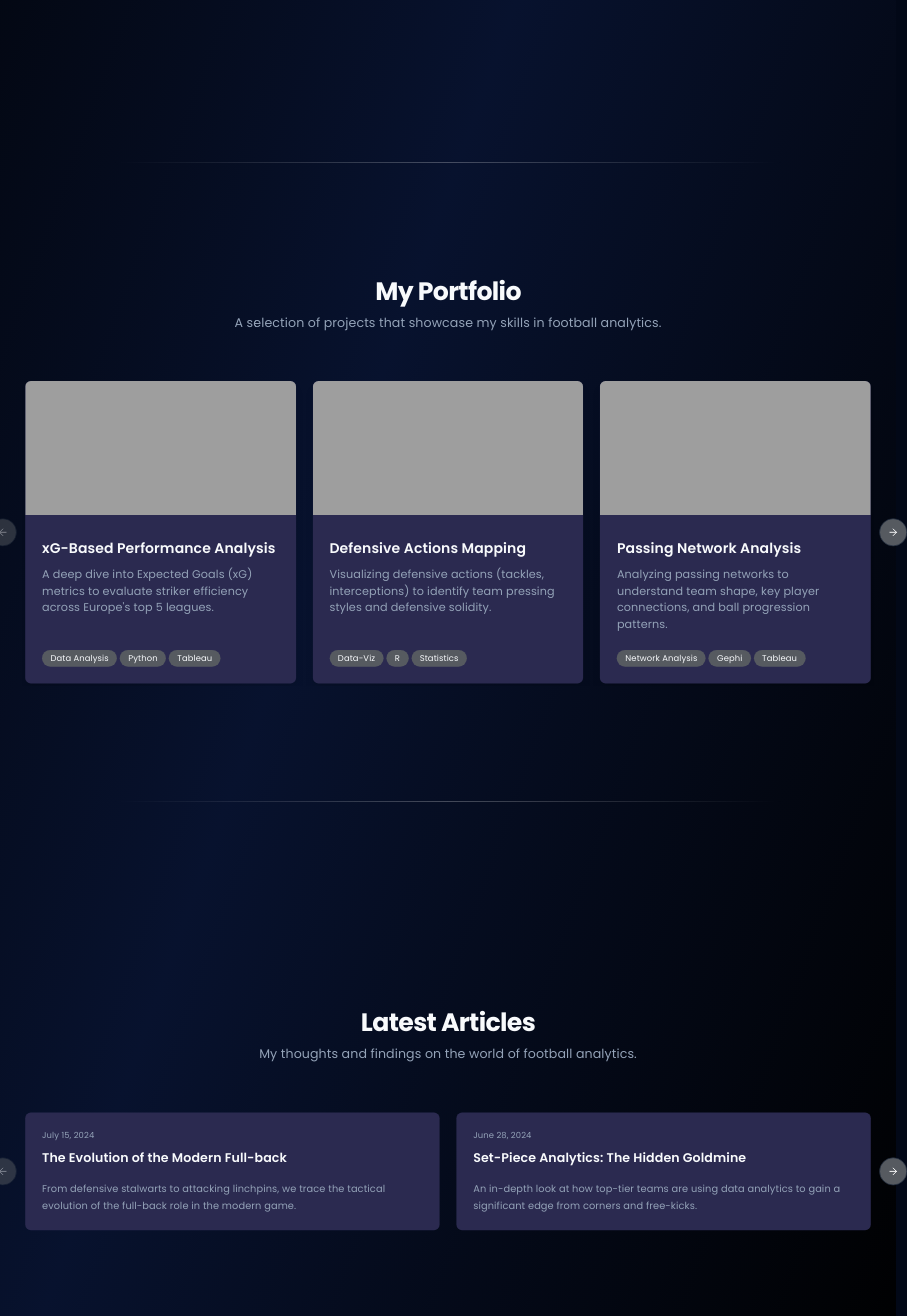
Repository: patrick-cw/my-portfolio
Page: /
The author's editor kept a copy of each file at every save. The page is drawn from the files as they stood at one save, then again after the next save.
The browser window is 1280 px wide. The page is 1296 px wide, so the pictures cover 1296 px, including what lies to the right of the window. The pictures show the part of the page from y = 1498 to 3378 px (the page is 3545 px tall), at 70% of full size.
Pictures or frames that could not be fetched are drawn as grey boxes. The project was rebuilt for these pictures with package versions that can differ from the ones it lists, and the page was loaded fresh each time. The framework's server and built-in components were replaced by stand-ins that run in the browser. Also part of the build but not shown: next.config.ts.

Above is the page before, as saved 2025-08-31 03:34:59.

### src/app/layout.tsx
import type {Metadata} from 'next';
import './globals.css';
import { Toaster } from "@/components/ui/toaster";
import { cn } from '@/lib/utils';
import Particles from '@/components/particles';
import Header from '@/components/header';
import Footer from '@/components/footer';
import ThemeRegistry from '@/components/ThemeRegistry';

export const metadata: Metadata = {
  title: "Patrick's Portfolio",
  description: 'A portfolio showcasing football analytics projects, articles, and more.',
};

export default function RootLayout({
  children,
}: Readonly<{
  children: React.ReactNode;
}>) {
  return (
    <html lang="en" className="dark" style={{scrollBehavior: 'smooth'}}>
      <head>
        <link rel="preconnect" href="https://fonts.googleapis.com" />
        <link rel="preconnect" href="https://fonts.gstatic.com" crossOrigin="anonymous" />
        <link href="https://fonts.googleapis.com/css2?family=Poppins:wght@400;600;700&display=swap" rel="stylesheet" />
      </head>
      <body className={cn("min-h-screen font-body antialiased bg-background")}>
        <ThemeRegistry>
          <div className="relative z-0 flex min-h-screen flex-col bg-gradient-to-br from-black via-blue-900/20 to-black">
            <Particles />
            <Header />
            <main className="flex-1">{children}</main>
            <Footer />
          </div>
          <Toaster />
        </ThemeRegistry>
      </body>
    </html>
  );
}

### src/app/page.tsx
import { Button } from "@/components/ui/button";
import { User, LineChart, Newspaper, ArrowDown } from "lucide-react";
import LinkedInIcon from '@mui/icons-material/LinkedIn';
import XIcon from '@mui/icons-material/X';
import GitHubIcon from '@mui/icons-material/GitHub';
import Image from "next/image";
import Link from "next/link";
import { Carousel, CarouselContent, CarouselItem, CarouselNext, CarouselPrevious } from "@/components/ui/carousel";

function FadingSeparator() {
  return (
    <div className="relative my-24 h-px w-full bg-transparent">
      <div className="absolute left-1/2 top-0 h-px w-3/4 -translate-x-1/2 bg-gradient-to-r from-transparent via-white opacity-25 to-transparent" />
    </div>
  )
}

// About Section Component
function AboutSection() {
  return (
    <section id="about" className="relative min-h-screen flex flex-col justify-center">
      <div className="container">
      <div className="grid grid-cols-1 items-center gap-y-16 lg:grid-cols-2 lg:gap-x-2">
          <div className="lg:col-span-7">
            <div className="max-w-xl">
              <h2 className="text-3xl font-bold tracking-tight text-foreground sm:text-4xl font-headline">About Me</h2>
              <p style={{color: "hsl(215deg 26.4% 84.39%)"}} className="mt-4 text-lg text-muted-foreground text-justify">
                I am Patrick Cipta Winata, a Data Engineer and Analyst with experience in building scalable data pipelines, developing Python solutions, and creating interactive data visualizations. I have worked on projects ranging from football analytics to cloud-based data engineering, with professional experience at Samsung Research Indonesia and freelance collaborations in data-driven problem solving.
              </p>
              <p style={{color: "hsl(215deg 26.4% 84.39%)"}} className="mt-4 text-lg text-muted-foreground text-justify">
                Beyond my professional and academic work, I am also passionate about crypto trading and machine learning, continuously exploring how data and AI can drive insights in both financial markets and sports analytics.
              </p>
            </div>
          </div>
          <div className="flex justify-center lg:col-span-5 lg:col-start-8">
            <Image
              src="/images/face.JPG"
              alt="Patrick Cipta Winata"
              width={350}
              height={350}
              className="rounded-full object-cover shadow-lg transition-all duration-300 hover:scale-105 hover:shadow-primary/20"
              data-ai-hint="portrait man"
            />
          </div>
        </div>
      </div>
    </section>
  );
}

// Portfolio Section Component
function PortfolioSection() {
  const projects = [
    {
      title: "xG-Based Performance Analysis",
      description: "A deep dive into Expected Goals (xG) metrics to evaluate striker efficiency across Europe's top 5 leagues.",
      image: "https://picsum.photos/600/400?random=1",
      tags: ["Data Analysis", "Python", "Tableau"],
      link: "/portfolio/xg-based-performance-analysis",
      imageHint: "soccer chart"
    },
    {
      title: "Defensive Actions Mapping",
      description: "Visualizing defensive actions (tackles, interceptions) to identify team pressing styles and defensive solidity.",
      image: "https://picsum.photos/600/400?random=2",
      tags: ["Data-Viz", "R", "Statistics"],
      link: "/portfolio/defensive-actions-mapping",
      imageHint: "soccer field"
    },
    {
      title: "Passing Network Analysis",
      description: "Analyzing passing networks to understand team shape, key player connections, and ball progression patterns.",
      image: "https://picsum.photos/600/400?random=3",
      tags: ["Network Analysis", "Gephi", "Tableau"],
      link: "/portfolio/passing-network-analysis",
      imageHint: "soccer tactics"
    },
    {
      title: "Player Recruitment Model",
      description: "A data-driven model to identify undervalued players based on performance metrics and market values.",
      image: "https://picsum.photos/600/400?random=4",
      tags: ["Machine Learning", "Python", "Scouting"],
      link: "/portfolio/player-recruitment-model",
      imageHint: "soccer player celebrating"
    },
    {
      title: "Interactive Shot Map Dashboard",
      description: "A web-based dashboard allowing users to explore shot data from various competitions interactively.",
      image: "https://picsum.photos/600/400?random=5",
      tags: ["Web Dev", "React", "D3.js"],
      link: "/portfolio/interactive-shot-map-dashboard",
      imageHint: "soccer dashboard"
    },
    {
      title: "Tactical Formations Analysis",
      description: "A comprehensive study of the 4-3-3 vs 4-4-2 formations, showcasing strengths and weaknesses with data visualization.",
      image: "https://picsum.photos/600/400?random=6",
      tags: ["Tactics", "Data-Viz", "Analysis"],
      link: "/portfolio/tactical-formations-analysis",
      imageHint: "soccer strategy board"
    }
  ];

  return (
    <section id="portfolio" className="relative min-h-screen flex flex-col justify-center">
        <div className="container">
          <div className="mx-auto max-w-3xl text-center">
            <h2 className="text-3xl font-bold tracking-tight text-foreground sm:text-4xl font-headline">My Portfolio</h2>
            <p className="mt-2 text-lg leading-8 text-muted-foreground">
              A selection of projects that showcase my skills in football analytics.
            </p>
          </div>
          <div className="mt-16">
            <Carousel
              opts={{
                align: "start",
                loop: false,
              }}
              className="w-full"
            >
              <CarouselContent>
                {projects.map((project) => (
                  <CarouselItem key={project.title} className="md:basis-1/2 lg:basis-1/3">
                    <div className="p-1 h-full">
                       <div className="group flex flex-col h-full overflow-hidden rounded-lg bg-card-highlight shadow-lg transition-all duration-300 hover:shadow-primary/20 hover:-translate-y-2 hover:bg-accent">
                          <Link href={project.link} className="block shrink-0">
                            <Image
                              className="h-48 w-full object-cover"
                              src={project.image}
                              alt={project.title}
                              width={600}
                              height={400}
                              data-ai-hint={project.imageHint}
                            />
                          </Link>
                          <div className="flex flex-1 flex-col justify-between p-6">
                            <div className="flex-1">
                              <Link href={project.link} className="mt-2 block">
                                <p className="text-xl font-semibold text-foreground group-hover:text-primary transition-colors font-headline">{project.title}</p>
                                <p className="mt-3 text-base text-muted-foreground">{project.description}</p>
                              </Link>
                            </div>
                            <div className="mt-6 flex items-center">
                              <div className="flex space-x-1 text-sm text-muted-foreground">
                                {project.tags.map((tag) => (
                                  <span key={tag} className="inline-flex items-center rounded-full bg-secondary px-3 py-1 text-xs font-medium text-accent-foreground">
                                    {tag}
                                  </span>
                                ))}
                              </div>
                            </div>
                          </div>
                        </div>
                    </div>
                  </CarouselItem>
                ))}
              </CarouselContent>
              <CarouselPrevious className="-left-12 h-10 w-10 bg-secondary hover:bg-primary" />
              <CarouselNext className="-right-12 h-10 w-10 bg-secondary hover:bg-primary" />
            </Carousel>
          </div>
        </div>
    </section>
  );
}
// Articles Section Component
function ArticlesSection() {
  const articles = [
      {
        title: "The Evolution of the Modern Full-back",
        date: "July 15, 2024",
        excerpt: "From defensive stalwarts to attacking linchpins, we trace the tactical evolution of the full-back role in the modern game.",
        link: "/articles/evolution-of-the-modern-full-back",
      },
      {
        title: "Set-Piece Analytics: The Hidden Goldmine",
        date: "June 28, 2024",
        excerpt: "An in-depth look at how top-tier teams are using data analytics to gain a significant edge from corners and free-kicks.",
        link: "/articles/set-piece-analytics",
      },
      {
        title: "The Rise of Positional Play",
        date: "May 12, 2024",
        excerpt: "How philosophies popularised by Guardiola and Cruyff have come to dominate European football tactics.",
        link: "/articles/rise-of-positional-play",
      },
      {
        title: "Valuing Defensive Actions",
        date: "April 22, 2024",
        excerpt: "A new model for quantifying the impact of tackles, interceptions, and pressures beyond simple event counting.",
        link: "/articles/valuing-defensive-actions",
      },
      {
        title: "The Impact of High Pressing",
        date: "August 05, 2024",
        excerpt: "Exploring the data behind high-pressing strategies and their correlation with winning major trophies in modern football.",
        link: "/articles/impact-of-high-pressing",
      },
    ];

  return (
      <section id="articles" className="relative min-h-screen flex flex-col justify-center">
          <div className="container">
            <div className="mx-auto max-w-3xl text-center">
              <h2 className="text-3xl font-bold tracking-tight text-foreground sm:text-4xl font-headline">Latest Articles</h2>
              <p className="mt-2 text-lg leading-8 text-muted-foreground">
                My thoughts and findings on the world of football analytics.
              </p>
            </div>
            <div className="mt-16">
               <Carousel
                  opts={{
                    align: "start",
                    loop: false,
                  }}
                  className="w-full max-w-4xl mx-auto"
                >
                <CarouselContent>
                  {articles.map((article) => (
                    <CarouselItem key={article.title} className="md:basis-1/2">
                      <div className="p-1 h-full">
                        <article className="group flex h-full max-w-xl flex-col items-start justify-between rounded-lg bg-card-highlight p-6 transition-all duration-300 hover:bg-accent hover:-translate-y-2">
                          <div className="flex items-center gap-x-4 text-xs">
                            <time dateTime={article.date} className="text-muted-foreground">
                              {article.date}
                            </time>
                          </div>
                          <div className="group relative">
                            <h3 className="mt-3 text-lg font-semibold leading-6 text-foreground group-hover:text-primary transition-colors font-headline">
                              <Link href={article.link}>
                                <span className="absolute inset-0" />
                                {article.title}
                              </Link>
                            </h3>
                            <p className="mt-5 line-clamp-3 text-sm leading-6 text-muted-foreground">{article.excerpt}</p>
                          </div>
                        </article>
                      </div>
                    </CarouselItem>
                  ))}
                </CarouselContent>
                 <CarouselPrevious className="-left-12 h-10 w-10 bg-secondary hover:bg-primary" />
                 <CarouselNext className="-right-12 h-10 w-10 bg-secondary hover:bg-primary" />
              </Carousel>
            </div>
          </div>
      </section>
  );
}

export default function Home() {
  return (
    <>
      {/* Hero Section */}
      <section className="container flex min-h-[calc(100vh-3.5rem)] flex-col items-center justify-center text-center">
        <div className="flex-grow flex flex-col items-center justify-center">
          <h1 className="font-headline text-4xl font-bold tracking-tight text-foreground sm:text-6xl md:text-7xl">
          Patrick's Portfolio
          </h1>
          <p className="mt-6 text-lg leading-8 text-muted-foreground max-w-xl mx-auto">
          Welcome to the portfolio of Patrick Cipta Winata. Exploring the World Through Data, Machine Learning, and Analytics.
          </p>
          <div className="mt-10 flex flex-col items-center justify-center gap-y-6">
            <div className="flex items-center justify-center gap-x-4 flex-wrap gap-y-4">
               <Button variant="default" asChild>
                <Link href="/#about">
                  About Me <User className="ml-2 h-4 w-4" />
                </Link>
              </Button>
              <Button variant="default" asChild>
                <Link href="/#portfolio">
                  View Projects <LineChart className="ml-2 h-4 w-4" />
                </Link>
              </Button>
              <Button variant="default" asChild>
                <Link href="/#articles">
                  Read Articles <Newspaper className="ml-2 h-4 w-4" />
                </Link>
              </Button>
            </div>
            <div className="flex items-center gap-4 mt-8">
              <Link href="https://twitter.com" target="_blank" rel="noopener noreferrer" aria-label="Twitter">
                <XIcon className="h-6 w-6 text-muted-foreground transition-colors hover:text-foreground" />
              </Link>
              <Link href="https://linkedin.com" target="_blank" rel="noopener noreferrer" aria-label="LinkedIn">
                <LinkedInIcon className="h-6 w-6 text-muted-foreground transition-colors hover:text-foreground" />
              </Link>
              <Link href="https://github.com" target="_blank" rel="noopener noreferrer" aria-label="GitHub">
                <GitHubIcon className="h-6 w-6 text-muted-foreground transition-colors hover:text-foreground" />
              </Link>
            </div>
          </div>
        </div>
        <div className="absolute bottom-4 left-1/2 -translate-x-1/2 animate-bounce">
          <a href="#about" aria-label="Scroll to about section">
            <ArrowDown className="h-6 w-6 text-muted-foreground" />
          </a>
        </div>
      </section>
      <FadingSeparator />
      <AboutSection />
      <FadingSeparator />
      <PortfolioSection />
      <FadingSeparator />
      <ArticlesSection />
    </>
  );
}

### src/components/ui/toaster.tsx
"use client"

import { useToast } from "@/hooks/use-toast"
import {
  Toast,
  ToastClose,
  ToastDescription,
  ToastProvider,
  ToastTitle,
  ToastViewport,
} from "@/components/ui/toast"

export function Toaster() {
  const { toasts } = useToast()

  return (
    <ToastProvider>
      {toasts.map(function ({ id, title, description, action, ...props }) {
        return (
          <Toast key={id} {...props}>
            <div className="grid gap-1">
              {title && <ToastTitle>{title}</ToastTitle>}
              {description && (
                <ToastDescription>{description}</ToastDescription>
              )}
            </div>
            {action}
            <ToastClose />
          </Toast>
        )
      })}
      <ToastViewport />
    </ToastProvider>
  )
}

### src/components/header.tsx
import Link from "next/link";
import { Aperture, Footprints } from "lucide-react";

export default function Header() {
  return (
    <header className="sticky top-0 z-50 w-full border-b border-border/40 bg-background/95 backdrop-blur supports-[backdrop-filter]:bg-background/60">
      <div className="container flex h-14 max-w-screen-2xl items-center">
        <Link href="/#home" className="mr-6 flex items-center space-x-2">
          <Aperture className="h-6 w-6 text-primary" style={{filter: 'drop-shadow(0 0 4px hsl(var(--primary)))'}}/>
          <span className="font-bold sm:inline-block font-headline">Patrick's Portfolio</span>
        </Link>
        <nav className="flex items-center gap-4 text-sm lg:gap-6">
          <Link href="/#about" className="text-foreground/60 transition-colors hover:text-foreground/80">
            About
          </Link>
          <Link href="/#portfolio" className="text-foreground/60 transition-colors hover:text-foreground/80">
            Portfolio
          </Link>
          <Link href="/#articles" className="text-foreground/60 transition-colors hover:text-foreground/80">
            Articles
          </Link>
        </nav>
      </div>
    </header>
  );
}

### src/components/footer.tsx
export default function Footer() {
    return (
      <footer className="border-t border-border/40 py-6 md:py-8">
        <div className="container flex flex-col items-center justify-between gap-4 md:flex-row">
          <p className="text-sm text-muted-foreground">
            © {new Date().getFullYear()} Patrick Cipta Winata. All rights reserved.
          </p>
        </div>
      </footer>
    );
  }

### src/components/ThemeRegistry.tsx
'use client';
import createCache from '@emotion/cache';
import { useServerInsertedHTML } from 'next/navigation';
import { CacheProvider } from '@emotion/react';
import { ThemeProvider } from '@mui/material/styles';
import CssBaseline from '@mui/material/CssBaseline';
import { createTheme } from '@mui/material/styles';
import React from 'react';

const theme = createTheme({
  palette: {
    mode: 'dark',
  },
});

// This implementation is from emotion-js
// https://github.com/emotion-js/emotion/issues/2928#issuecomment-1319747902
export default function ThemeRegistry(props: { children: React.ReactNode }) {
  const { children } = props;

  const [{ cache, flush }] = React.useState(() => {
    const cache = createCache({ key: 'mui-style' });
    cache.compat = true;
    const prevInsert = cache.insert;
    let inserted: string[] = [];
    cache.insert = (...args) => {
      const serialized = args[1];
      if (cache.inserted[serialized.name] === undefined) {
        inserted.push(serialized.name);
      }
      return prevInsert(...args);
    };
    const flush = () => {
      const prevInserted = inserted;
      inserted = [];
      return prevInserted;
    };
    return { cache, flush };
  });

  useServerInsertedHTML(() => {
    const names = flush();
    if (names.length === 0) {
      return null;
    }
    let styles = '';
    for (const name of names) {
      styles += cache.inserted[name];
    }
    return (
      <style
        key={cache.key}
        data-emotion={`${cache.key} ${names.join(' ')}`}
        dangerouslySetInnerHTML={{
          __html: styles,
        }}
      />
    );
  });

  return (
    <CacheProvider value={cache}>
      <ThemeProvider theme={theme}>
        <CssBaseline />
        {children}
      </ThemeProvider>
    </CacheProvider>
  );
}

Loaded but not shown: src/lib/utils.ts (common file); src/hooks/use-toast.ts (common file); src/components/ui/carousel.tsx (262 lines, source omitted); src/components/ui/toast.tsx (129 lines, source omitted); src/components/particles.tsx (147 lines, source omitted); tailwind.config.ts (110 lines, source omitted); src/app/globals.css (86 lines, source omitted); src/components/ui/button.tsx (56 lines, source omitted)

After the next save:
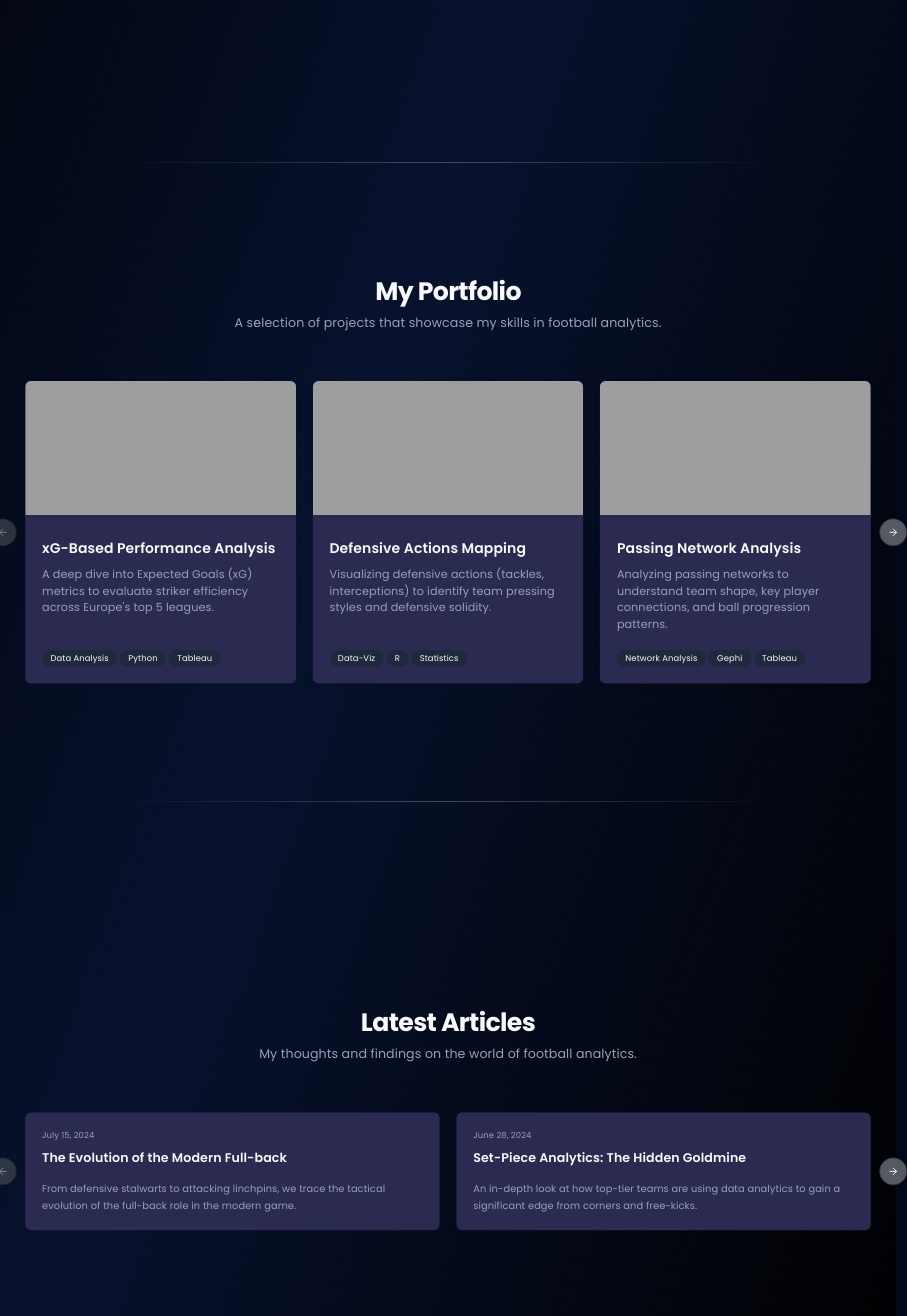
Saved 13 s later.
--- a/src/app/page.tsx
+++ b/src/app/page.tsx
@@ -143,7 +143,7 @@ function PortfolioSection() {
                             <div className="mt-6 flex items-center">
                               <div className="flex space-x-1 text-sm text-muted-foreground">
                                 {project.tags.map((tag) => (
-                                  <span key={tag} className="inline-flex items-center rounded-full bg-secondary px-3 py-1 text-xs font-medium text-accent-foreground">
+                                  <span key={tag} className="inline-flex items-center rounded-full bg-accent px-3 py-1 text-xs font-medium text-accent-foreground">
                                     {tag}
                                   </span>
                                 ))}
